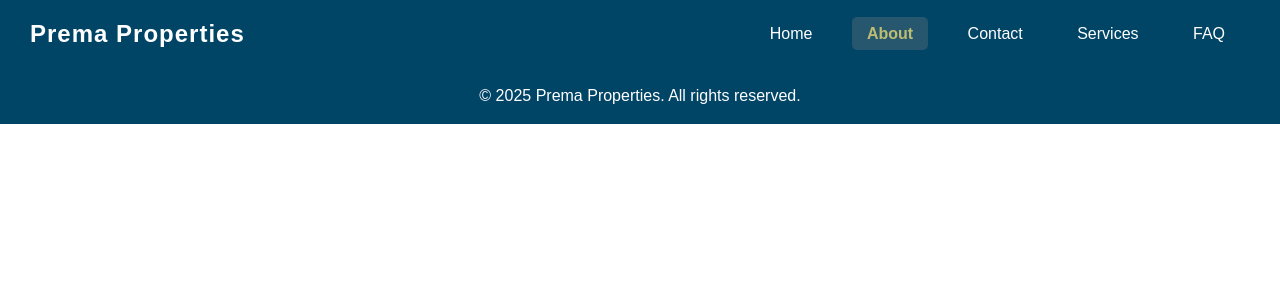
Repository: mnqobiMenzi/Prema-Properties
Page: appointment.html
These files come from the project's save history. The page is drawn as it stood at one moment and after the next save; the edit follows.
The browser window is 1280 px wide. The pictures show the whole page.

Above is the page before, as saved 2025-10-04 09:03:30.

### appointment.html
<!DOCTYPE html>
<html lang="en">
<head>
  <meta charset="UTF-8">
  <meta name="viewport" content="width=device-width, initial-scale=1.0">
  <title>Prema Properties</title>
  <link rel="stylesheet" href="CSS/style.css">
</head>
<body>

  <!-- Header / Navigation -->
  <header>
    <div class="logo">Prema Properties</div>
    <nav>
      <a href="index.html">Home</a>
      <a href="#about" class="active">About</a>
      <a href="contact-us.html">Contact</a>
      <a href="services.html">Services</a>
      <a href="FAQ.html">FAQ</a>
    </nav>
  </header>


  <!-- Footer -->
  <footer>
    <p>© 2025 Prema Properties. All rights reserved.</p>
  </footer>

</body>
</html>

### CSS/style.css
* {
  margin: 0;
  padding: 0;
  box-sizing: border-box;
  font-family: Arial, sans-serif;
}

body {
  line-height: 1.6;
  color: #333;
}

/* Header */
header {
  position: sticky;
  top: 0;
  display: flex;
  justify-content: space-between;
  align-items: center;
  padding: 15px 30px;
  background: #004466;
  color: #fff;
  z-index: 1000;
}
header .logo {
  font-size: 1.5em;
  font-weight: 700;
  font-family: 'Poppins', sans-serif;
  color: #fff;
  letter-spacing: 1px;
  display: flex;
  align-items: center;
}
header nav a {
  margin: 0 10px;
  color: #fff;
  padding: 8px 15px;
  border-radius: 5px;
  text-decoration: none;
  font-weight: 500;
  font-family: 'Poppins', sans-serif;
  transition: color 0.3s ease, border-bottom 0.3s ease;
}

header nav a:hover {
  color: #fff;
  background: rgba(128, 128, 128, 0.3);
  padding-bottom: 3px;
  border: 3px solid #004466;
}
/* Active link */
header nav a.active {
  background: rgba(128, 128, 128, 0.3);
  font-weight: bold;
  color: rgb(189, 189, 114);
}
/* Hero */
.hero {
  background: url('https://source.unsplash.com/1600x600/?house,property') no-repeat center center/cover;
  color: white;
  text-align: center;
  padding: 100px 20px;
}
.hero h1 {
  font-size: 2.5em;
}
.hero .btn {
  display: inline-block;
  margin-top: 20px;
  padding: 10px 20px;
  background: #ff6600;
  color: white;
  border-radius: 5px;
  text-decoration: none;
}
.hero .btn:hover {
  background: #cc5200;
}

/* Sections */
section {
  padding: 50px 20px;
  text-align: center;
}
.services .service-list {
  display: grid;
  grid-template-columns: repeat(auto-fit, minmax(200px, 1fr));
  gap: 20px;
  margin-top: 20px;
}
.service {
  background: #f4f4f4;
  padding: 20px;
  border-radius: 10px;
}

/* Contact */
.contact form {
  display: flex;
  flex-direction: column;
  max-width: 400px;
  margin: auto;
}
.contact input, .contact textarea {
  margin-bottom: 15px;
  padding: 10px;
  border: 1px solid #ddd;
  border-radius: 5px;
}
.contact button {
  padding: 10px;
  border: none;
  background: #004466;
  color: white;
  cursor: pointer;
  border-radius: 5px;
}
.contact button:hover {
  background: #00334d;
}

/* Footer */
footer {
  background: #004466;
  color: #fff;
  text-align: center;
  padding: 15px;
}

After the next save:
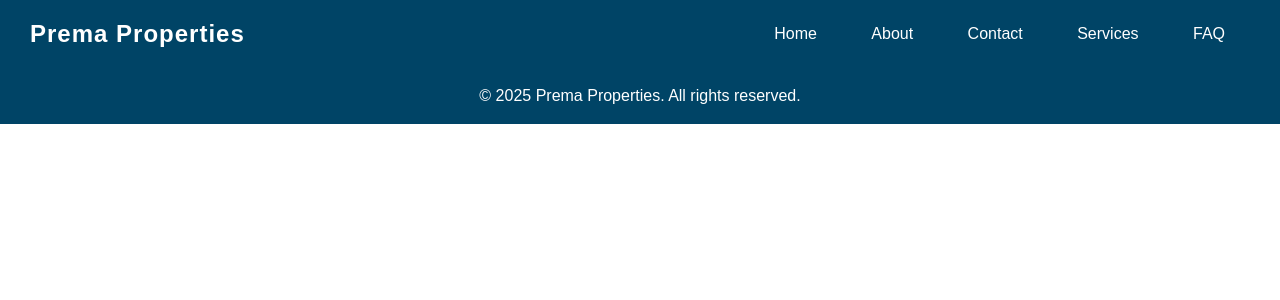
Saved 8 s later.
--- a/appointment.html
+++ b/appointment.html
@@ -13,7 +13,7 @@
     <div class="logo">Prema Properties</div>
     <nav>
       <a href="index.html">Home</a>
-      <a href="#about" class="active">About</a>
+      <a href="#about">About</a>
       <a href="contact-us.html">Contact</a>
       <a href="services.html">Services</a>
       <a href="FAQ.html">FAQ</a>
